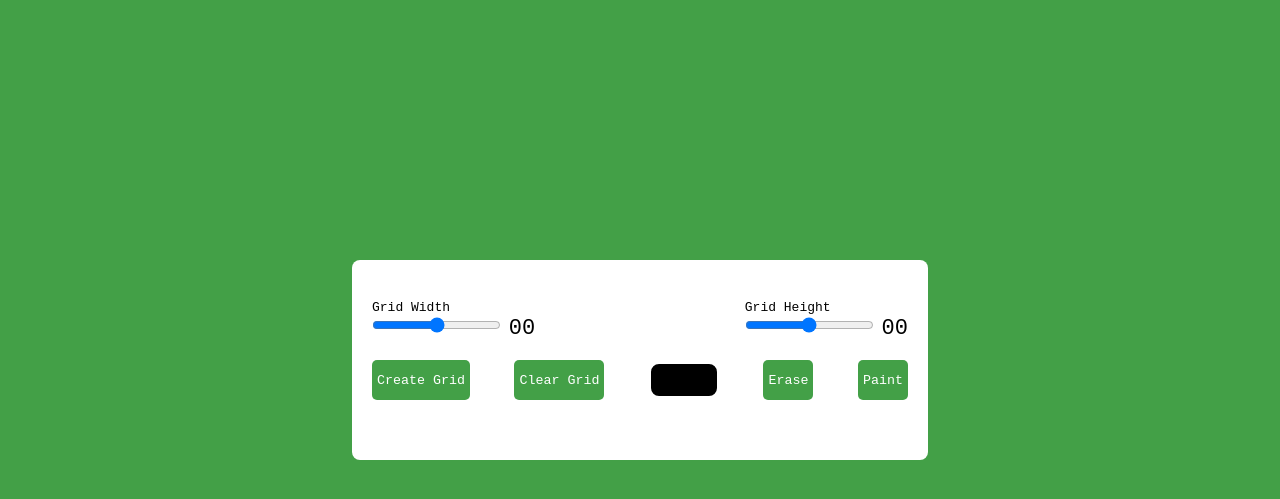
Repository: radisyah/Pixel_Art_Generator
Page: index.html
The author's editor kept a copy of each file at every save. The page is drawn from the files as they stood at one save, then again after the next save.
The browser window is 1280 px wide. The pictures show the whole page.

Above is the page before, as saved 2024-11-20 12:37:47.

After the next save:
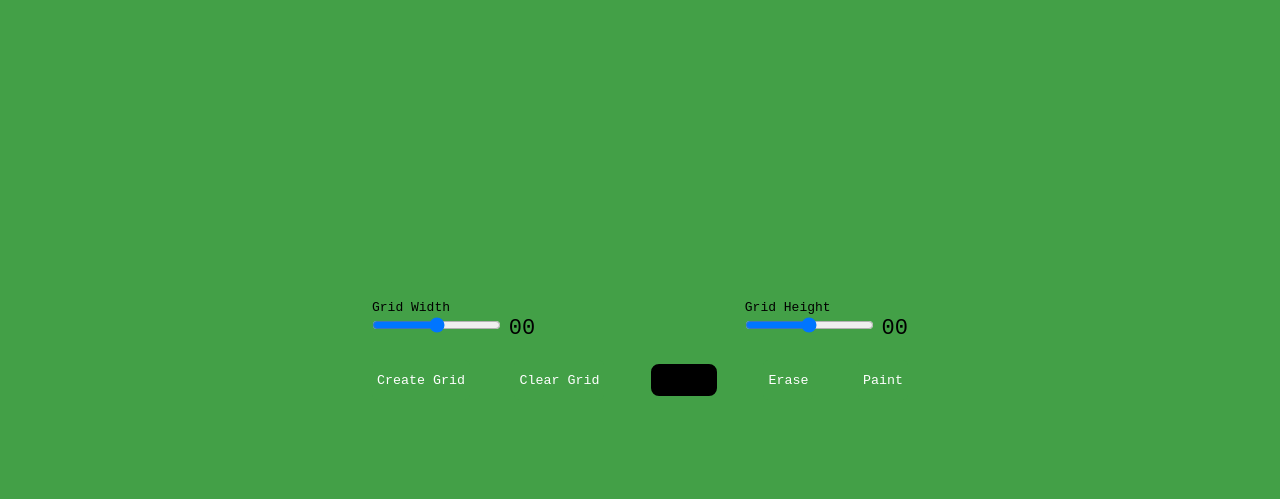
Saved 114 s later.
--- a/style.css
+++ b/style.css
@@ -10,7 +10,7 @@
 }
 
 .wrapper{
-    background-color: white;
+    background-color: f0f0f0;
     width: 80vmin;
     position: absolute;
     transform: translate(-50%, -50%);

After the save that followed:
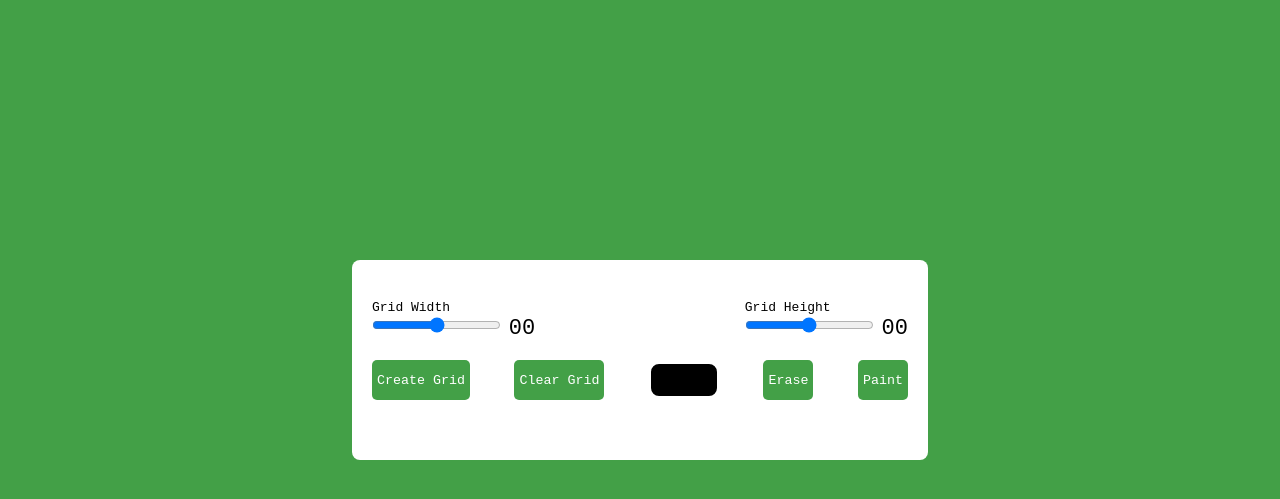
Saved 6 s later.
--- a/style.css
+++ b/style.css
@@ -10,7 +10,7 @@
 }
 
 .wrapper{
-    background-color: f0f0f0;
+    background-color: white;
     width: 80vmin;
     position: absolute;
     transform: translate(-50%, -50%);
